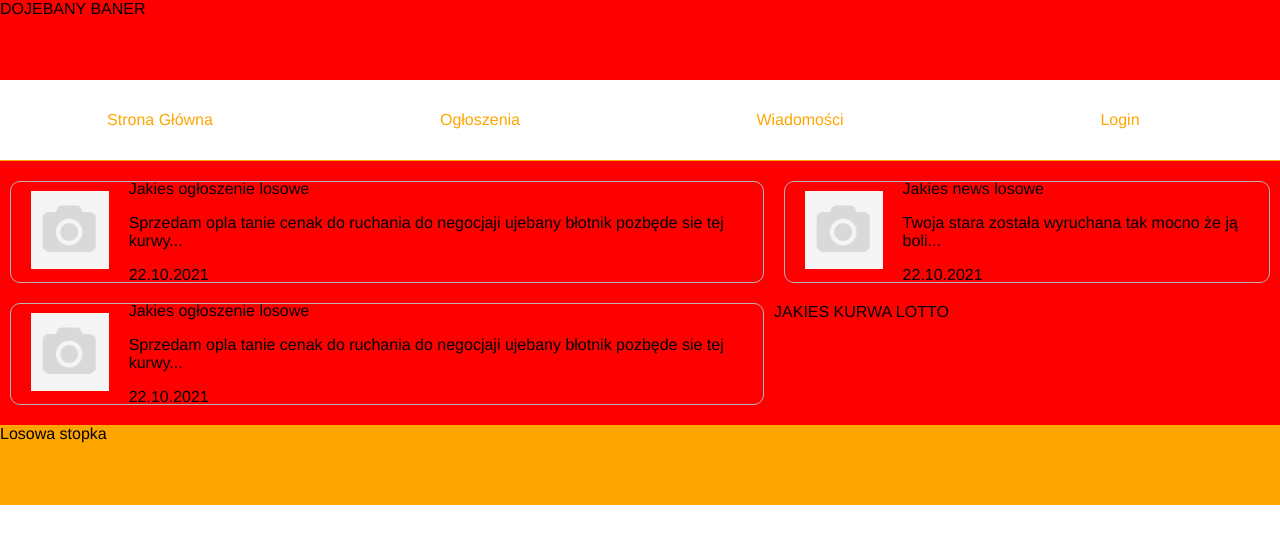
Repository: PatrykStawik/projectppz
Page: /
These files come from the project's save history. The page is drawn as it stood at one moment and after a run of saves; the edit follows.
The browser window is 1280 px wide. The pictures show the whole page.
The project was rebuilt for these pictures with package versions that can differ from the ones it lists, and the page was loaded fresh each time. The framework's server and built-in components were replaced by stand-ins that run in the browser.

Above is the page before, as saved 2021-05-22 14:02:49.

After the next 2 saves:
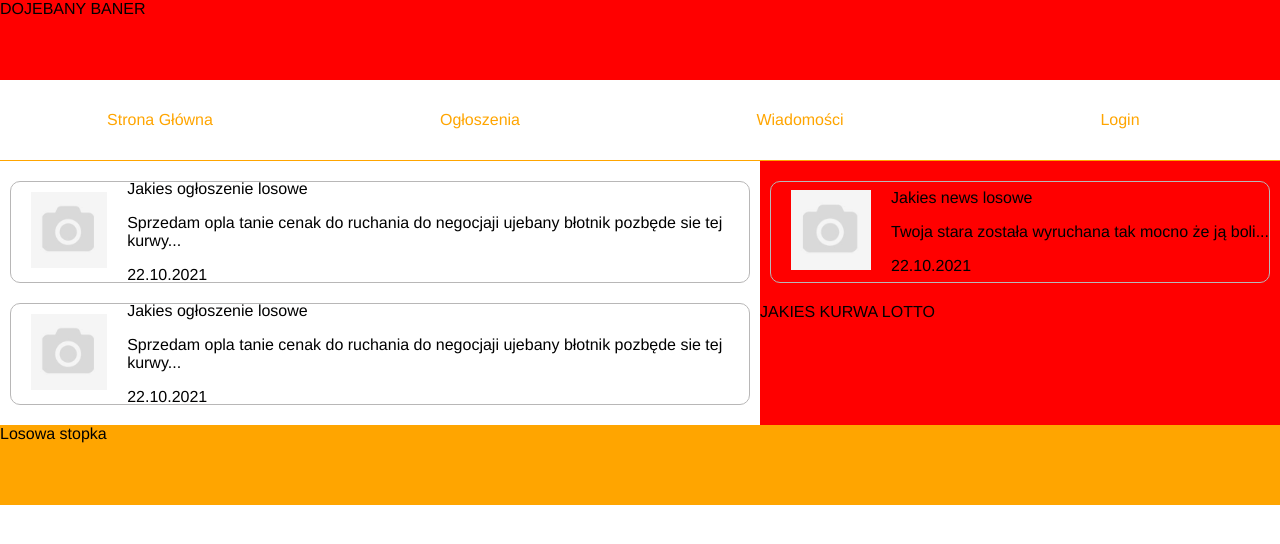
The 2 saves are shown as one change because they came seconds apart.
The last was saved 9 s later.
--- a/components/IndexPage/IndexPage.tsx
+++ b/components/IndexPage/IndexPage.tsx
@@ -6,7 +6,7 @@ import { setFlex } from '../../styles/functions';
 const Wrapper = styled.div`
   ${setFlex()};
   .advertisement{
-    background-color: red;
+    flex: 1;
   }
   .container{
     background-color: red;
